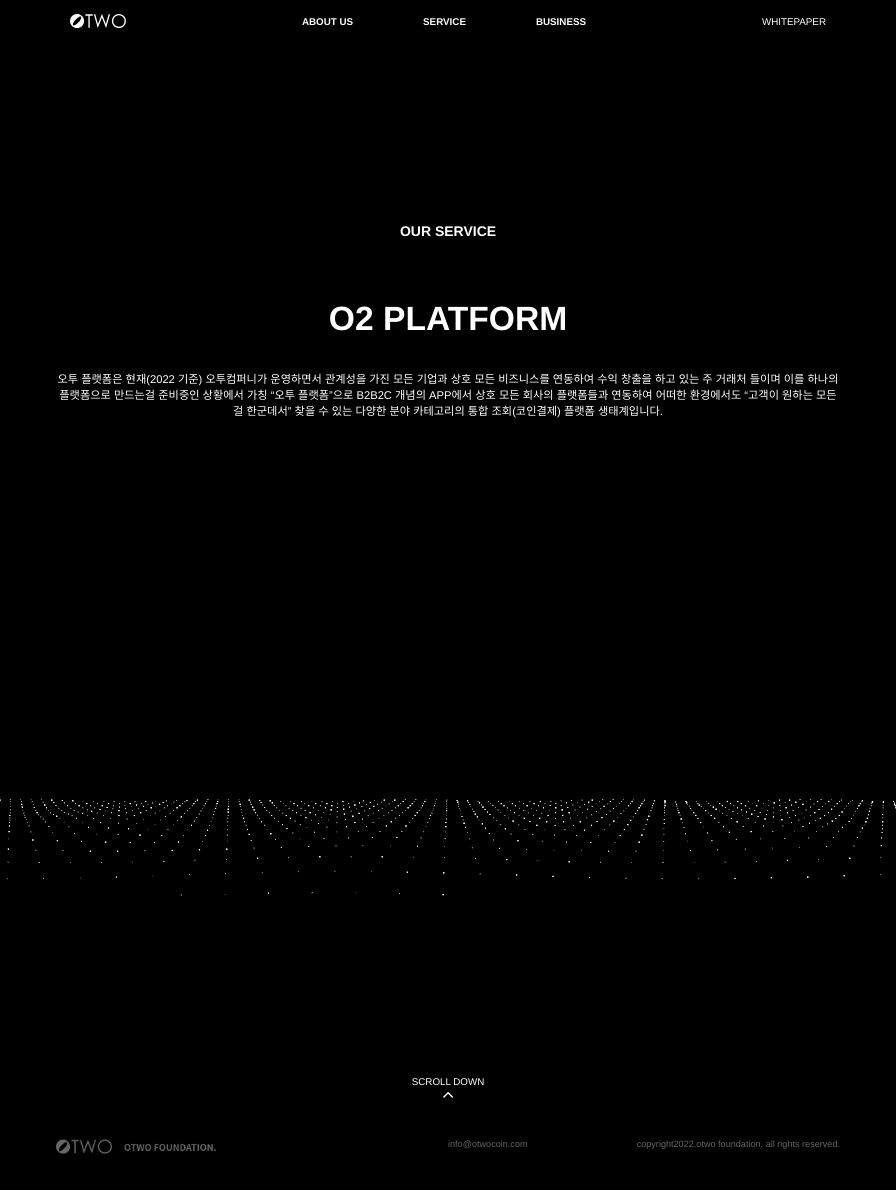
Repository: songhun115/Otwo
Page: service.html
An editor plug-in stored every save of this project. The page is shown before and after the next save, followed by the edit.
The browser window is 1280 px wide. The pictures show the whole page, at 70% of full size.

Above is the page before, as saved 2022-11-18 11:11:52.
Not found: js/three.js

After the next save:
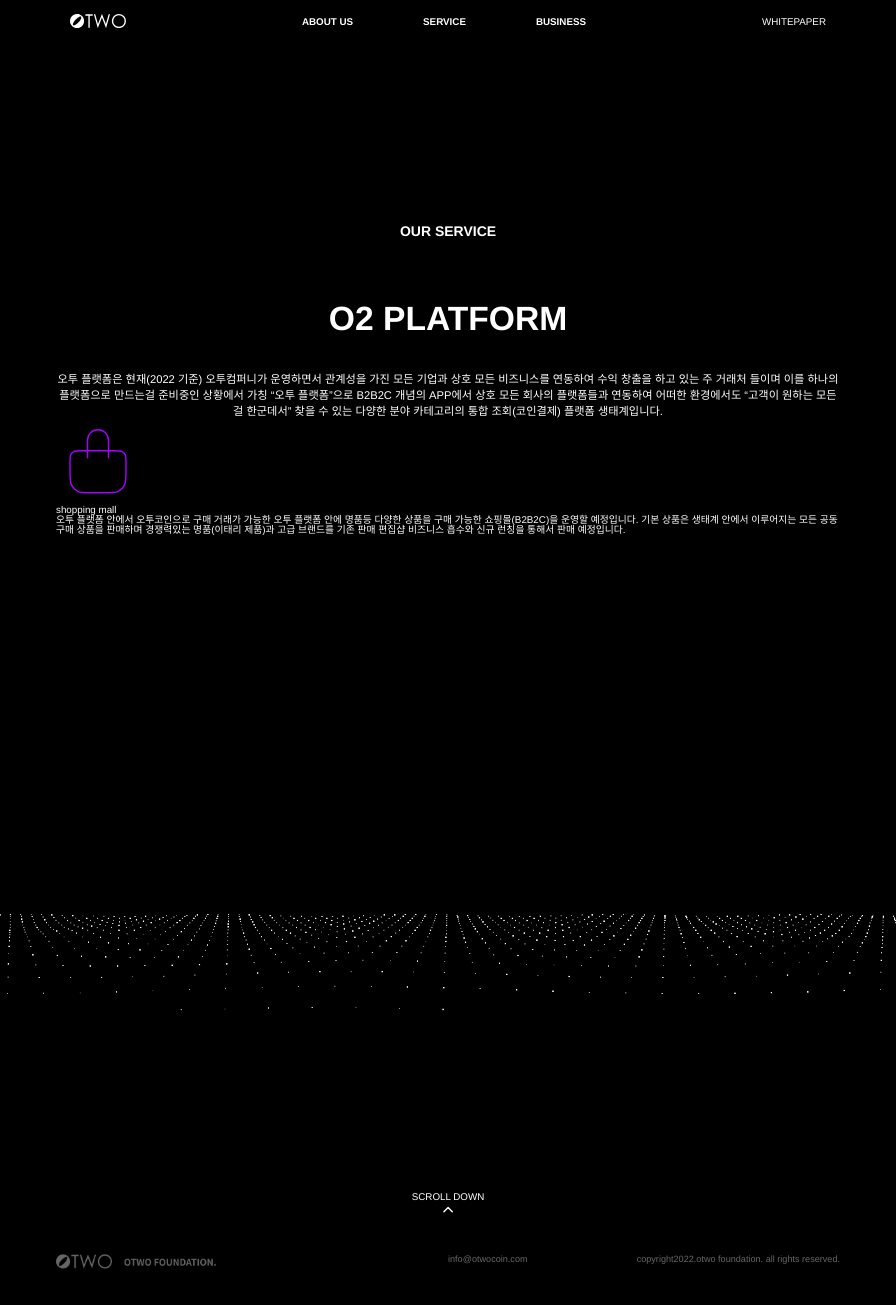
Saved 2 min 10 s later.
--- a/service.html
+++ b/service.html
@@ -48,9 +48,12 @@
      <section class="service-platform-list">
         <ul class="platform-list">
             <li class="platform-item">
-                <div class="platform-img"></div>
-                <div class="platform-category"></div>
-                <div class="platform-con"></div>
+                <div class="platform-img">
+                    <img src="img/shoping.svg" alt="">
+                </div>
+                <div class="platform-category">shopping mall</div>
+                <div class="platform-con">오투 플랫폼 안에서 오투코인으로 구매 거래가 가능한 오투 플랫폼 안에 명품등 다양한 상품을 구매 가능한 쇼핑몰(B2B2C)을 운영할 예정입니다.
+                    기본 상품은 생태계 안에서 이루어지는 모든 공동구매 상품을 판매하며 경쟁력있는 명품(이태리 제품)과 고급 브랜드를 기존 판매 편집샵 비즈니스 흡수와 신규 런칭을 통해서 판매 예정입니다. </div>
             </li>
         </ul>
      </section>
